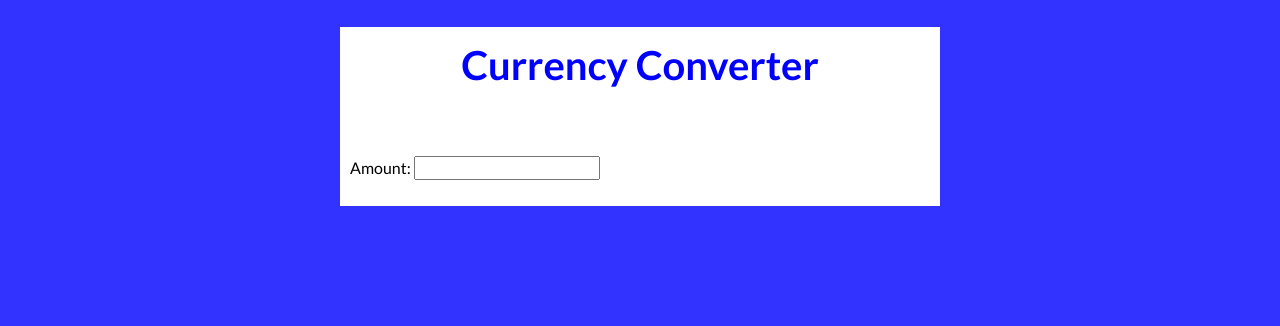
Repository: kkasperczyk/currency-converter
Page: index.html
An editor plug-in stored every save of this project. The page is shown before and after the next save, followed by the edit.
The browser window is 1280 px wide. The pictures show the whole page.

Above is the page before, as saved 2020-06-15 22:17:09.

### index.html
<!DOCTYPE html>
<html lang="en">

<head>
    <meta charset="UTF-8">
    <meta name="viewport" content="width=device-width, initial-scale=1.0">
    <link rel="stylesheet" href="https://cdnjs.cloudflare.com/ajax/libs/normalize/8.0.1/normalize.min.css"
        integrity="sha256-l85OmPOjvil/SOvVt3HnSSjzF1TUMyT9eV0c2BzEGzU=" crossorigin="anonymous" />
    <link rel="stylesheet" href="css/global.css">
    <link rel="stylesheet" href="css/container.css">
    <link rel="stylesheet" href="css/header.css">
    <link rel="stylesheet" href="css/main.css">
    <script defer src="js/script.js"></script>
    <link href="https://fonts.googleapis.com/css2?family=Lato:ital,wght@0,400;0,700;1,400&display=swap" rel="stylesheet">
    <title>Currency Converter</title>
</head>

<body>
    <div class="container">
        <header class="header">
            <h1 class="header__title">Currency Converter</h1>
        </header>
        <main class="main">
            <form class="form">
                <p>
                    <label>
                        Amount:
                        <input type="number" name="amount">
                    </label>
                </p>
            </form>
        </main>
    </div>
</body>

</html>

### css/global.css
html {
  box-sizing: border-box;
}

*,
::after,
::before {
  box-sizing: inherit;
}

body {
  font-family: "Lato", sans-serif;
  background-color: hsl(240, 100%, 60%);
}

### css/container.css
.container {
    max-width: 600px;
    margin: 0 auto;
    background-color: white;
}

### css/header.css
.header {
    text-align: center;
}

.header__title {
    color: hsl(240, 100%, 50%);
    padding: 15px;
    font-size: 40px;
}

### css/main.css
.main {
    background-color: white;
    padding: 10px;
}

### js/script.js
console.log("Hi all developers! Nice to see you here.");

After the next save:
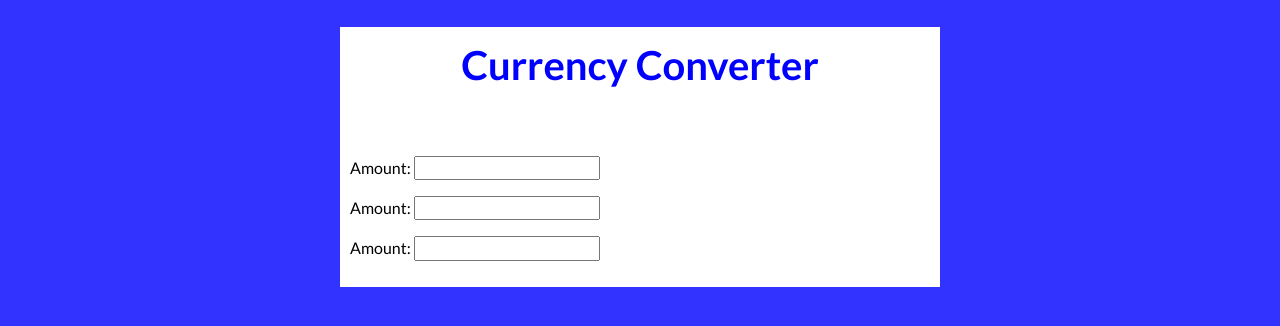
Saved 42 s later.
--- a/index.html
+++ b/index.html
@@ -28,6 +28,18 @@
                         <input type="number" name="amount">
                     </label>
                 </p>
+                <p>
+                    <label>
+                        Amount:
+                        <input type="number" name="amount">
+                    </label>
+                </p>
+                <p>
+                    <label>
+                        Amount:
+                        <input type="number" name="amount">
+                    </label>
+                </p>
             </form>
         </main>
     </div>
